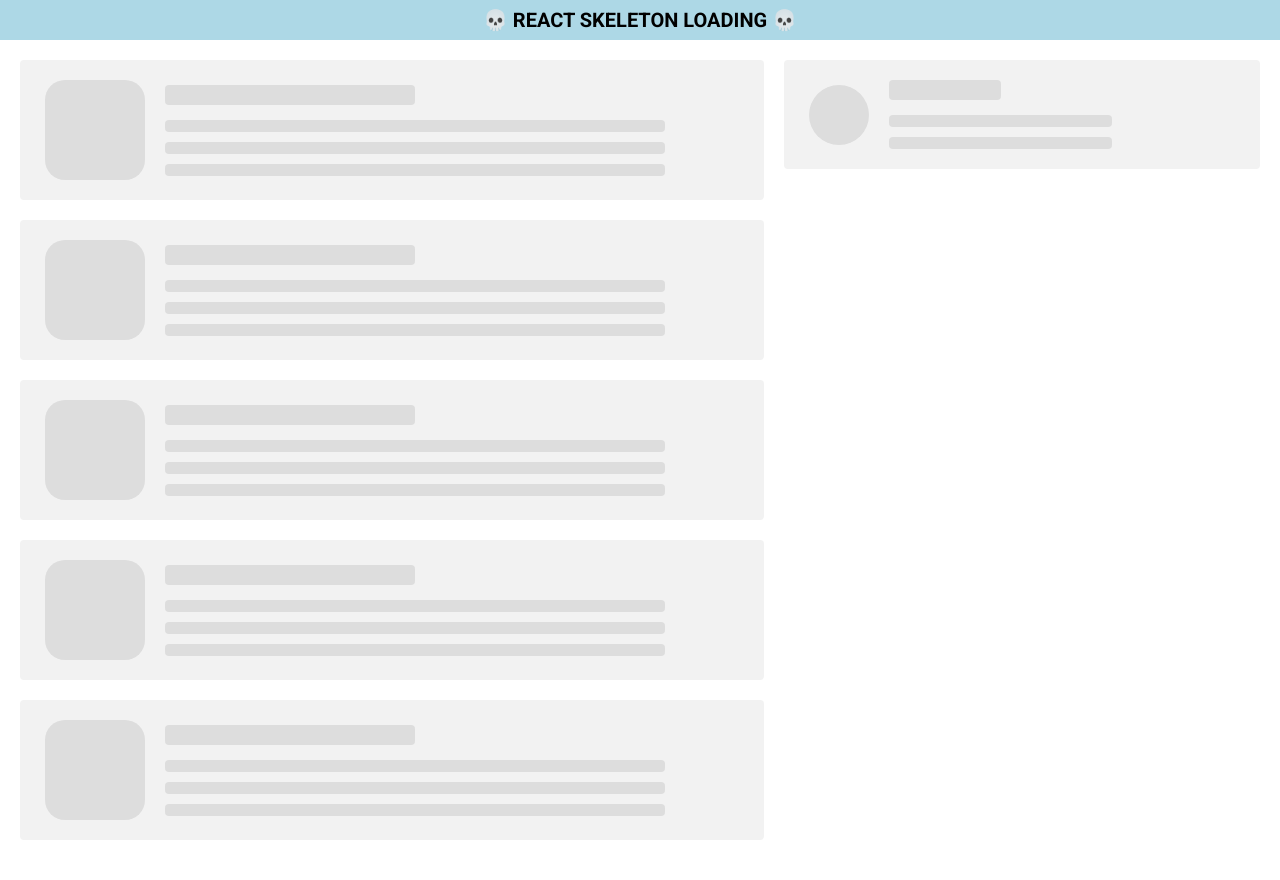
Repository: ethanJones21/React-Skeleton-Loading
Page: /
The author's editor kept a copy of each file at every save. The page is drawn from the files as they stood at one save, then again after the next save.
The browser window is 1280 px wide. The pictures show the whole page.
The page's requests for data from a server got no answer. The project was rebuilt for these pictures with package versions that can differ from the ones it lists, and the page was loaded fresh each time. No one was signed in, and anything a server would have sent is missing. Also part of the build but not shown: src/components/Post.css, src/components/Post.js.

Above is the page before, as saved 2020-11-26 03:34:39.

### public/index.html
<!DOCTYPE html>
<html lang="en">
  <head>
    <meta charset="utf-8" />
    <link rel="icon" href="%PUBLIC_URL%/favicon.ico" />
    <meta name="viewport" content="width=device-width, initial-scale=1" />
    <meta name="theme-color" content="#000000" />
    <meta name="description" content="React skeleton loading" />
    <link rel="preconnect" href="https://fonts.gstatic.com" />
    <link
      href="https://fonts.googleapis.com/css2?family=Roboto:wght@100;300;400;500;700;900&display=swap"
      rel="stylesheet"
    />
    <title>React Skeleton</title>
  </head>
  <body>
    <noscript>You need to enable JavaScript to run this app.</noscript>
    <div id="root"></div>
  </body>
</html>

### src/App.js
import './App.css';
import Header from './components/Header';
import Posts from './components/Posts';
import User from './components/User';

function App() {
  return (
    <div className="app">
      <Header/>

      <div className="appContainer">
        <Posts/>
        <User/>
      </div>
    </div>
  );
}

export default App;

### src/App.css
*{
    margin: 0;
    font-family: 'Roboto', sans-serif;
}
.appContainer{
    display: flex;
    padding: 20px;
    align-items: start;
}

### src/components/Header.js
import React from 'react';
import "./Header.css"

const Header = () => {
    return (
        <div className="header">
            <span>💀 REACT SKELETON LOADING 💀 </span>
        </div>
    );
};

export default Header;

### src/components/Posts.js
import React, { useEffect, useState } from "react";
import Post from "./Post";
import "./Posts.css";
import { photos } from "../photos";
import PostSkeleton from "../skeleton/PostSkeleton";

const Posts = () => {
  const [postArray, setPostArray] = useState([]);

  useEffect(() => {
    setTimeout(() => {
      const fetchPosts = async () => {
        const res = await fetch("https://jsonplaceholder.typicode.com/posts");
        const data = await res.json();
        setPostArray(data.slice(0, 10));
      };
      fetchPosts();
    }, 5000);
  }, []);

  return (
    <div className="posts">
      {postArray.length > 0
        ? postArray.map((post) => (
            <Post
              key={post.id}
              post={{ ...post, photo: photos[post.id - 1] }}
            />
          ))
        : [1, 2, 3, 4, 5].map((item) => <PostSkeleton />)}
    </div>
  );
};

export default Posts;

### src/components/User.js
import React, { useState, useEffect } from "react";
import "./User.css";
import { photos } from "../photos";
import UserSkeleton from "../skeleton/UserSkeleton";

const User = () => {
  const [user, setUser] = useState(null);

  useEffect(() => {
    setTimeout(() => {
      const fetchUser = async () => {
        const res = await fetch("https://jsonplaceholder.typicode.com/users");
        const data = await res.json();
        setUser(data[0]);
      };
      fetchUser();
    }, 5000);
  }, []);

  return (
    <div className="user">
      {user !== null ? (
        <>
          <div className="userPhoto">
            <img className="userPhotoImg" src={photos[9]} alt="avatar" />
          </div>
          <div className="userInfo">
            <span className="userInfoText">
              <b>{user.name}</b>
            </span>
            <span className="userInfoText">{user.email}</span>
            <span className="userInfoText">{user.address.street}</span>
          </div>
          <button className="writeButton">Write a Story</button>
        </>
      ) : (
        <UserSkeleton />
      )}
    </div>
  );
};

export default User;

### src/components/Header.css
.header{
    display: flex;
    align-items: center;
    justify-content: center;
    height: 40px;
    width: 100%;
    background-color: lightblue;
    font-weight: 600;
    font-size: 20px;
}

### src/components/Posts.css
.posts{
    flex: 0.6;
    padding-right: 50px;
}

### src/photos.js
export const photos = [
  "https://images.pexels.com/photos/789296/pexels-photo-789296.jpeg?auto=compress&cs=tinysrgb&dpr=2&w=500",
  "https://images.pexels.com/photos/3772771/pexels-photo-3772771.jpeg?auto=compress&cs=tinysrgb&dpr=2&w=500",
  "https://images.pexels.com/photos/3059745/pexels-photo-3059745.jpeg?auto=compress&cs=tinysrgb&dpr=2&w=500",
  "https://images.pexels.com/photos/2896840/pexels-photo-2896840.jpeg?auto=compress&cs=tinysrgb&dpr=2&w=500",
  "https://images.pexels.com/photos/3155588/pexels-photo-3155588.jpeg?auto=compress&cs=tinysrgb&dpr=2&w=500",
  "https://images.pexels.com/photos/936019/pexels-photo-936019.jpeg?auto=compress&cs=tinysrgb&dpr=2&w=500",
  "https://images.pexels.com/photos/1071162/pexels-photo-1071162.jpeg?auto=compress&cs=tinysrgb&dpr=2&w=500",
  "https://images.pexels.com/photos/3147528/pexels-photo-3147528.jpeg?auto=compress&cs=tinysrgb&dpr=2&w=500",
  "https://images.pexels.com/photos/3541389/pexels-photo-3541389.jpeg?auto=compress&cs=tinysrgb&dpr=2&w=500",
  "https://images.pexels.com/photos/1680172/pexels-photo-1680172.jpeg?auto=compress&cs=tinysrgb&dpr=2&w=500",
];

### src/skeleton/PostSkeleton.js
import React from "react";
import "./PostSkeleton.css";
import Skeleton from "./Skeleton";

const PostSkeleton = () => {
  return (
    <div className="postSkeleton">
      <div className="postSkeletonLeft">
        <Skeleton type="avatar" />
      </div>
      <div className="postSkeletonRight">
        <Skeleton type="title" />
        <Skeleton type="text" />
        <Skeleton type="text" />
        <Skeleton type="text" />
      </div>
    </div>
  );
};

export default PostSkeleton;

### src/components/User.css
.user {
  flex: 0.4;
  display: flex;
  align-items: center;
}

.userPhotoImg {
  width: 60px;
  height: 60px;
  border-radius: 50%;
  margin-right: 20px;
  object-fit: cover;
}

.userInfo{
    display: flex;
    flex-direction: column;
}

.writeButton{
    padding: 10px;
    border: none;
    margin-left: 20px;
    border-radius: 10px;
    cursor: pointer;
}

.writeButton:focus{
    outline: none;
}

### src/skeleton/UserSkeleton.js
import React from "react";
import "./UserSkeleton.css";
import Skeleton from "./Skeleton";

const UserSkeleton = () => {
  return (
    <div className="userSkeleton">
      <div className="userSkeletonLeft">
        <Skeleton type="userAvatar" />
      </div>
      <div className="userSkeletonRight">
        <Skeleton type="title" />
        <Skeleton type="text" />
        <Skeleton type="text" />
      </div>
    </div>
  );
};

export default UserSkeleton;

### src/skeleton/PostSkeleton.css
.postSkeleton {
  display: flex;
  align-items: center;
  width: 100%;
  background: #f2f2f2;
  padding: 10px 15px;
  border-radius: 4px;
  position: relative;
  overflow: hidden;
  margin-bottom: 20px;
}

.postSkeletonRight{
    width: 70%;
}

### src/skeleton/Skeleton.js
import React from "react";
import "./Skeleton.css"

const Skeleton = ({ type }) => {
  return <div className={`skeleton ${type}`}></div>;
};

export default Skeleton;

### src/skeleton/UserSkeleton.css
.userSkeleton {
  display: flex;
  align-items: center;
  width: 100%;
  background: #f2f2f2;
  padding: 10px 15px;
  border-radius: 4px;
  position: relative;
  overflow: hidden;
}

.userSkeletonRight {
  width: 50%;
}

### src/skeleton/Skeleton.css
.skeleton {
  background: #ddd;
  overflow: hidden;
  margin: 10px;
  border-radius: 4px;
}

.skeleton.text {
  width: 100%;
  height: 12px;
}

.skeleton.title {
  width: 50%;
  height: 20px;
  margin-bottom: 15px;
}

.skeleton.avatar {
  width: 100px;
  height: 100px;
  border-radius: 20%;
}

.skeleton.userAvatar {
  width: 60px;
  height: 60px;
  border-radius: 50%;
}

Loaded but not shown: src/index.js (common file)

After the next save:
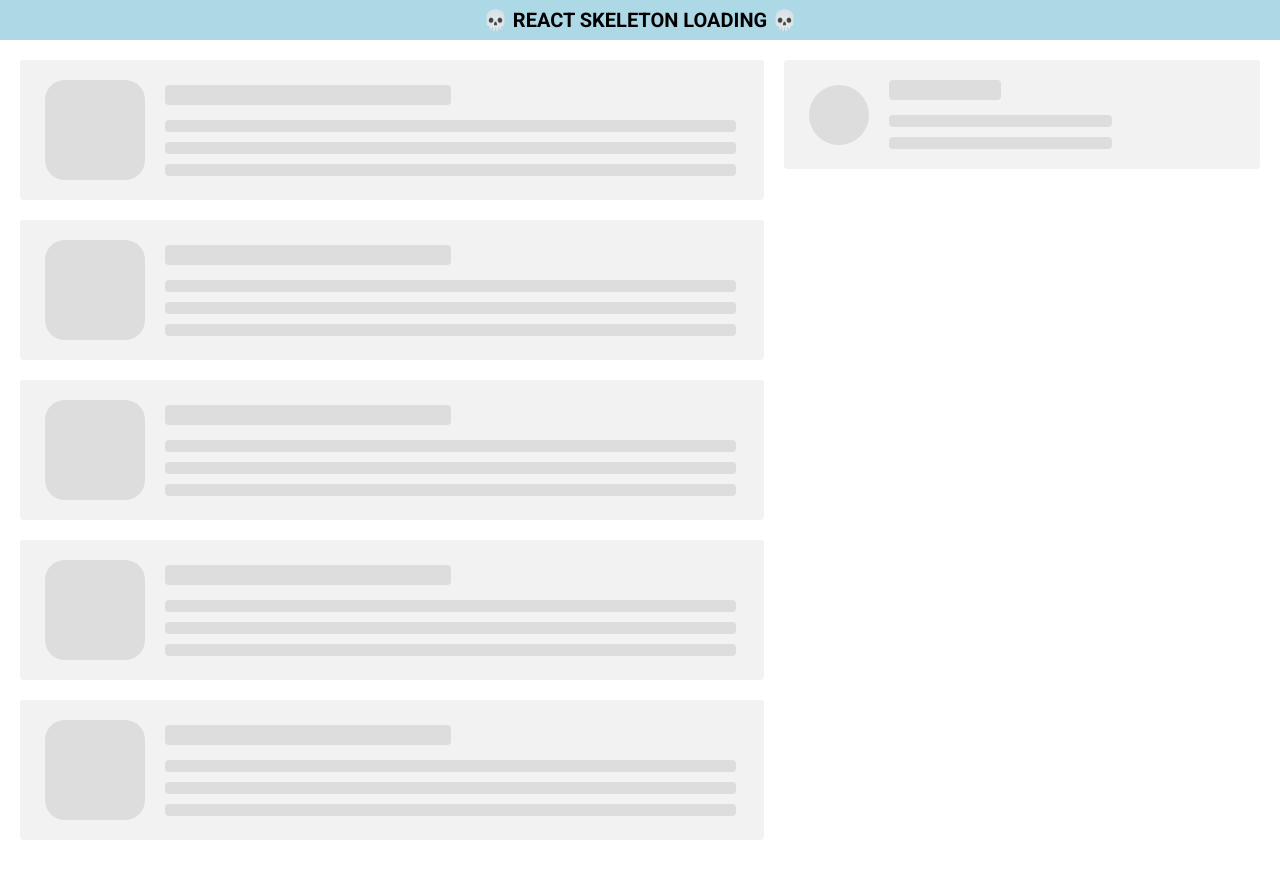
Saved 15 s later.
--- a/src/skeleton/PostSkeleton.css
+++ b/src/skeleton/PostSkeleton.css
@@ -11,5 +11,5 @@
 }
 
 .postSkeletonRight{
-    width: 70%;
+    width: 80%;
 }
